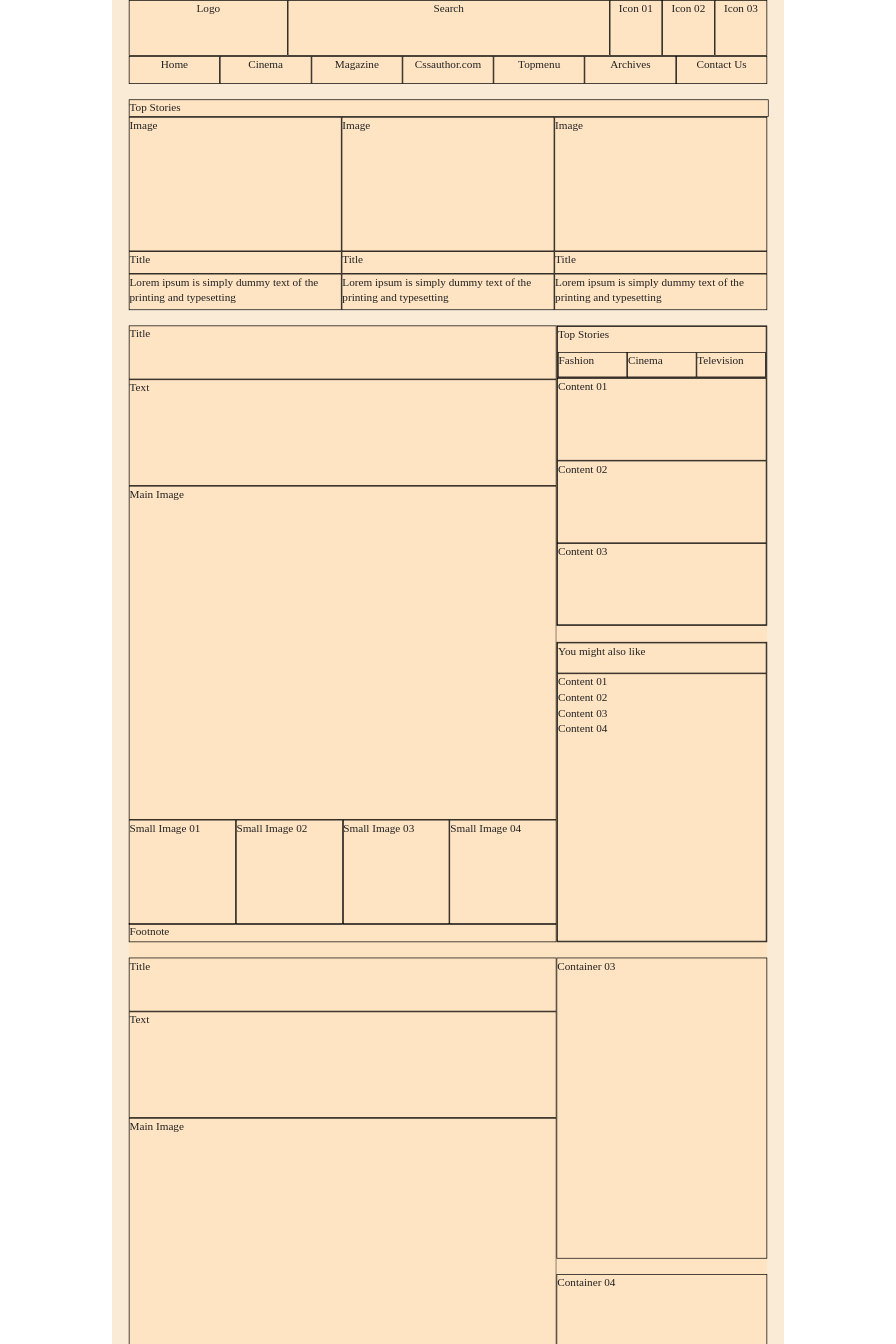
Repository: giovanabirck/cover-magazine-giovanabirck
Page: index.html
The author's editor kept a copy of each file at every save. The page is drawn from the files as they stood at one save, then again after a run of saves.
The browser window is 1280 px wide. The pictures show the part of the page from y = 0 to 1920 px (the page is 5000 px tall), at 70% of full size.

Above is the page before, as saved 2023-01-14 12:18:20.

After the next 2 saves:
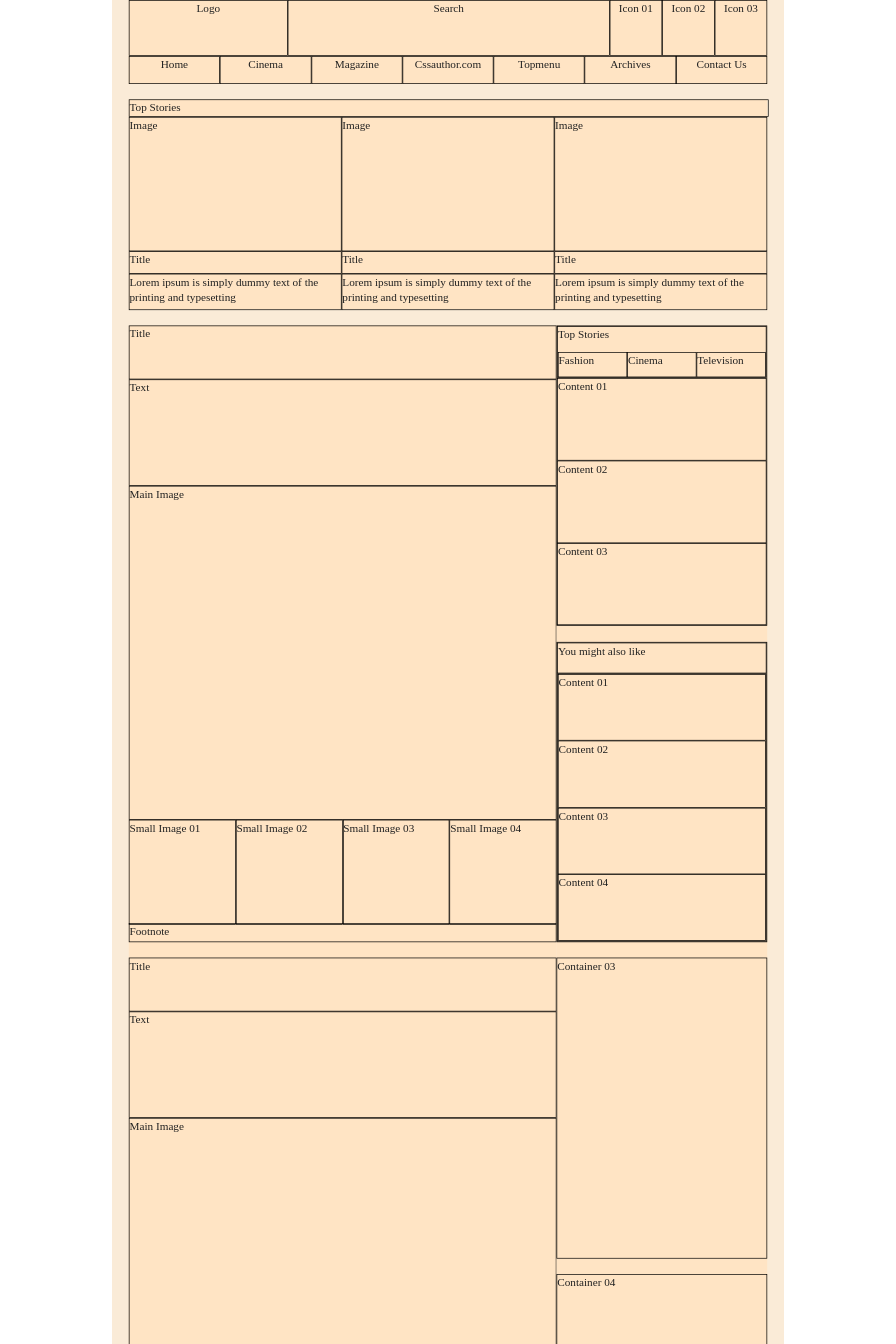
The 2 saves are shown as one change because they came seconds apart.
The last was saved 8 s later.
--- a/css/main.css
+++ b/css/main.css
@@ -479,5 +479,6 @@ textarea {
 }
 
 .main-side-container02-content-un{
-
-}
+  border: solid 1px black;
+  height: 100%;
+}
